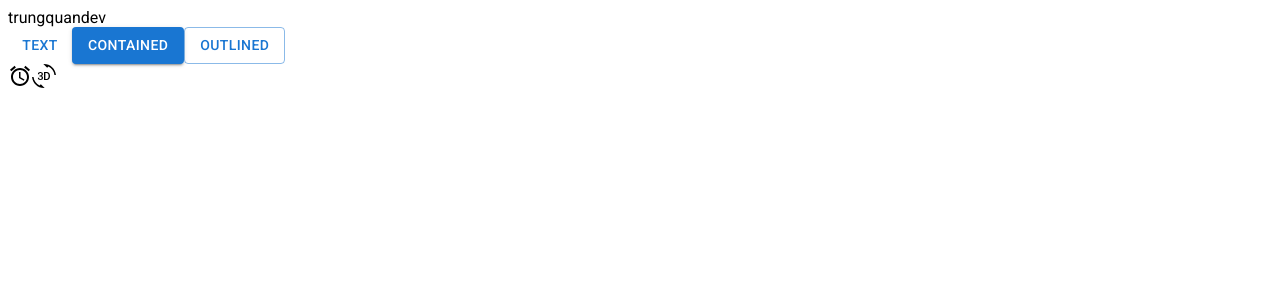
Repository: VoPhamKhanhTruong/trello-web
Page: /
The author's editor kept a copy of each file at every save. The page is drawn from the files as they stood at one save, then again after the next save.
The browser window is 1280 px wide. The pictures show the whole page.
The project was rebuilt for these pictures with package versions that can differ from the ones it lists, and the page was loaded fresh each time. Also part of the build but not shown: vite.config.js.

Above is the page before, as saved 2024-08-07 00:47:15.

### src/App.jsx
import Button from '@mui/material/Button';
import AccessAlarmIcon from '@mui/icons-material/AccessAlarm';
import ThreeDRotation from '@mui/icons-material/ThreeDRotation';

function App() {
  return (
    <>
      <div>trungquandev</div>
      <Button variant="text">Text</Button>
      <Button variant="contained">Contained</Button>
      <Button variant="outlined">Outlined</Button>

      <br />

      <AccessAlarmIcon />
      <ThreeDRotation />

      <br />
    </>
  );
}

export default App;

### src/index.css
:root {
  font-family: 'Roboto',sans-serif;
}

Loaded but not shown: index.html (common file); src/main.jsx (common file)

After the next save:
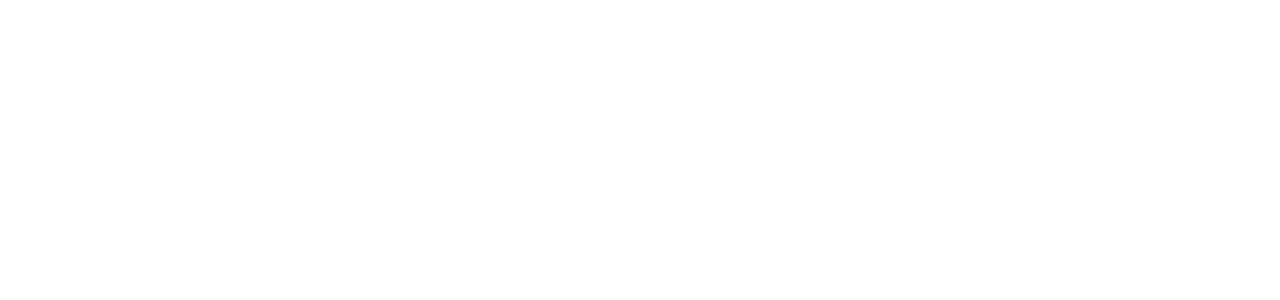
Console error: ReferenceError: pink is not defined
Saved 89 s later.
--- a/src/App.jsx
+++ b/src/App.jsx
@@ -1,7 +1,7 @@
 import Button from '@mui/material/Button';
 import AccessAlarmIcon from '@mui/icons-material/AccessAlarm';
 import ThreeDRotation from '@mui/icons-material/ThreeDRotation';
-
+import HomeIcon from '@mui/icons-material/Home';
 function App() {
   return (
     <>
@@ -16,6 +16,12 @@
       <ThreeDRotation />
 
       <br />
+      <HomeIcon color="primary" />
+      <HomeIcon color="secondary" />
+      <HomeIcon color="success" />
+      <HomeIcon color="action" />
+      <HomeIcon color="disabled" />
+      <HomeIcon sx={{ color: pink[500] }} />
     </>
   );
 }

After the 2 saves that followed:
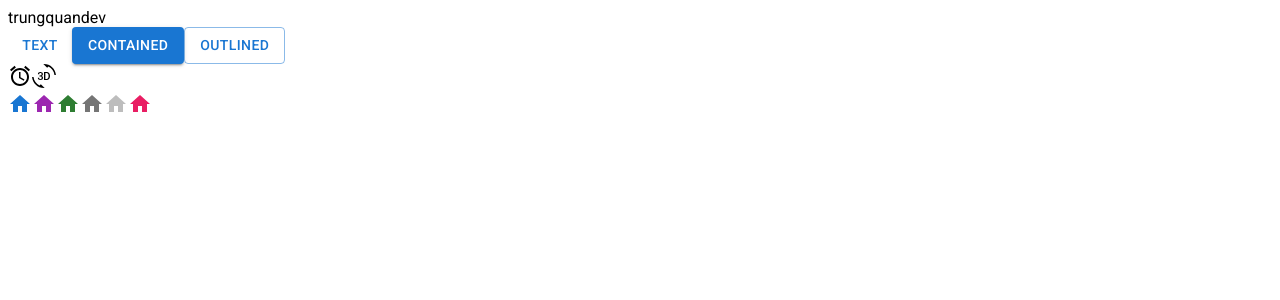
The error is gone.
The 2 saves are shown as one change because 1 left the picture as it was.
The last was saved 71 s later.
--- a/src/App.jsx
+++ b/src/App.jsx
@@ -2,6 +2,8 @@
 import AccessAlarmIcon from '@mui/icons-material/AccessAlarm';
 import ThreeDRotation from '@mui/icons-material/ThreeDRotation';
 import HomeIcon from '@mui/icons-material/Home';
+import { pink } from '@mui/material/colors';
+
 function App() {
   return (
     <>
